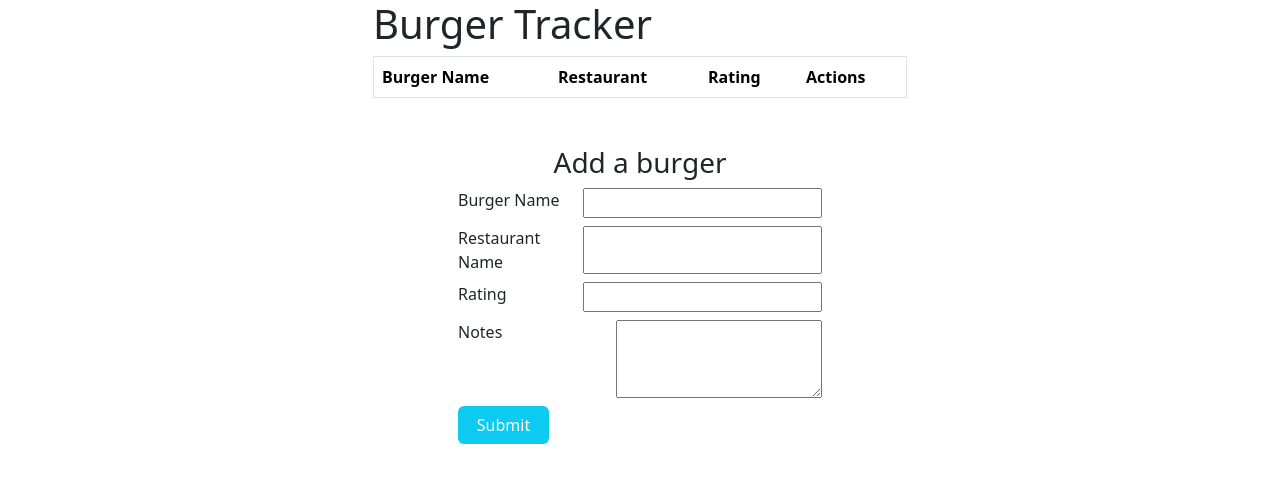
Repository: Hokusai12/Java_Dojo
Page: http://localhost/burgertracker/WEB-INF/index.jsp
An editor plug-in stored every save of this project. The page is shown before and after the next save, followed by the edit.
The browser window is 1280 px wide. The pictures show the whole page.
The page is served by Tomcat 9. Nobody is signed in. Other server files are loaded and not shown. The template is opened directly, without the code that normally fills it, so the values that code supplies are empty.

Above is the page before, as saved 2023-03-05 20:39:14.

### Spring/MVC/burgertracker/src/main/webapp/WEB-INF/index.jsp
<%@ page language="java" contentType="text/html; charset=ISO-8859-1"
	pageEncoding="ISO-8859-1"%>
<%@ taglib prefix="c" uri="http://java.sun.com/jsp/jstl/core"%>
<%@ taglib prefix="form" uri="http://www.springframework.org/tags/form"%>
<%@ page isErrorPage="true"%>
<!DOCTYPE html>
<html>
<head>
<meta charset="ISO-8859-1">
<link
	href="https://cdn.jsdelivr.net/npm/bootstrap@5.3.0-alpha1/dist/css/bootstrap.min.css"
	rel="stylesheet"
	integrity="sha384-GLhlTQ8iRABdZLl6O3oVMWSktQOp6b7In1Zl3/Jr59b6EGGoI1aFkw7cmDA6j6gD"
	crossorigin="anonymous">
<title>Burgerator</title>
</head>
<body>
	<div class="container">
		<div class="container col-6">
			<h1>Burger Tracker</h1>
			<table class="table border">
				<thead>
					<tr>
						<th>Burger Name</th>
						<th>Restaurant</th>
						<th>Rating</th>
						<th>Actions</th>
					</tr>
				</thead>
				<tbody>
					<c:forEach items="${burgers}" var="burger">
						<tr>
							<td>${burger.name}</td>
							<td>${burger.restaurant}</td>
							<td>${burger.rating}</td>
							<td><a href="/burgers/edit/${burger.id}">Edit</a></td>
						</tr>
					</c:forEach>
				</tbody>
			</table>
		</div>
		<div class="container mt-5 d-flex flex-column align-items-center">
			<h3>Add a burger</h3>
			<form:form class="col-4 d-flex flex-column gap-2" action="/"
				method="POST" modelAttribute="burger">
				<div class="d-flex justify-content-between">
					<form:label path="name">Burger Name</form:label>
					<form:input type="text" path="name" />
				</div>
				<form:errors class="text-danger" path="name" />
				<div class="d-flex justify-content-between">
					<form:label path="restaurant">Restaurant Name</form:label>
					<form:input type="text" path="restaurant" />
				</div>
				<form:errors class="text-danger" path="restaurant" />
				<div class="d-flex justify-content-between">
					<form:label path="rating">Rating</form:label>
					<form:input type="text" path="rating" step="0.1" />
				</div>
				<form:errors class="text-danger" path="rating" />
				<div class="d-flex justify-content-between">
					<form:label path="notes">Notes</form:label>
					<form:textarea path="notes" id="notes" cols="20" rows="3"></form:textarea>
				</div>
				<form:errors class="text-danger" path="notes" />
				<input
					class="col-3 btn bg-info text-white <align-self-end></align-self-end>"
					type="submit" value="Submit" />
			</form:form>
		</div>
	</div>
</body>
</html>

After the next save:
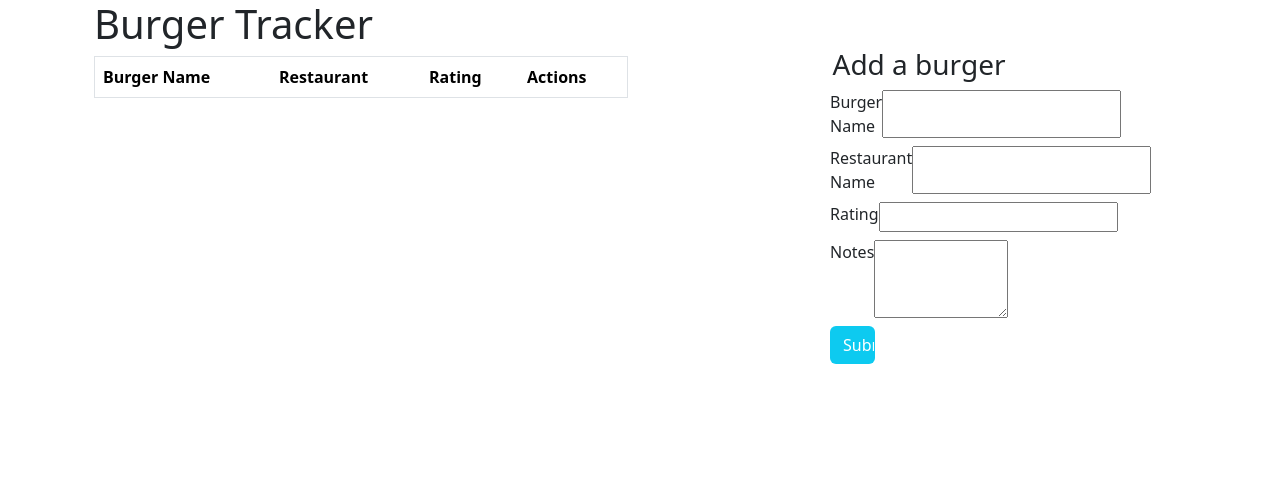
Saved 6 s later.
--- a/Spring/MVC/burgertracker/src/main/webapp/WEB-INF/index.jsp
+++ b/Spring/MVC/burgertracker/src/main/webapp/WEB-INF/index.jsp
@@ -15,7 +15,7 @@
 <title>Burgerator</title>
 </head>
 <body>
-	<div class="container">
+	<div class="container d-flex">
 		<div class="container col-6">
 			<h1>Burger Tracker</h1>
 			<table class="table border">
